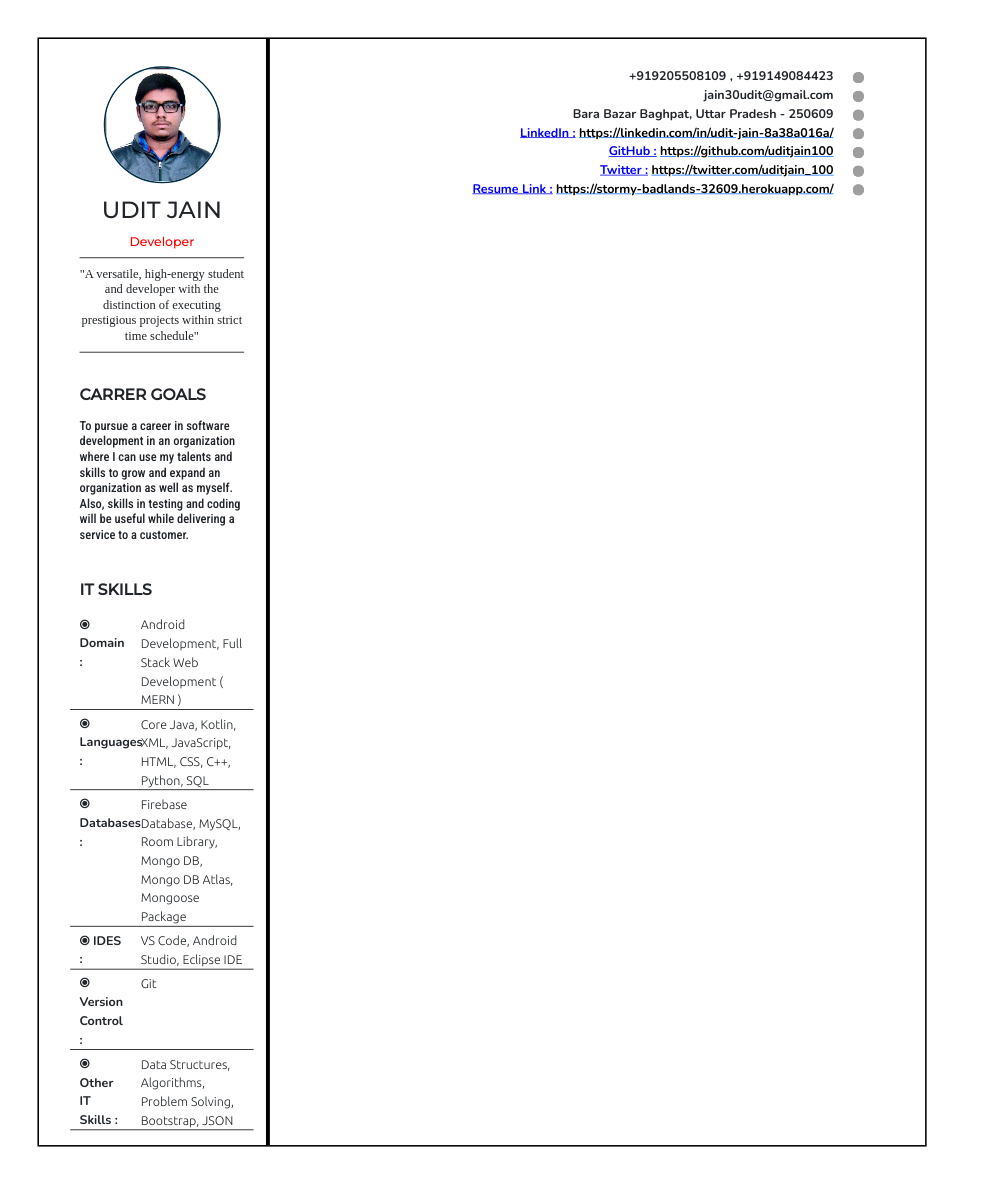
Repository: uditjain100/Resume
Page: app.html
The author's editor kept a copy of each file at every save. The page is drawn from the files as they stood at one save, then again after the next save.
The browser window is 1280 px wide. The pictures show the whole page, at 78% of full size.
Pictures or frames that could not be fetched are drawn as grey boxes. Some web fonts or font styles are not loaded; a fallback is used.

Above is the page before, as saved 2021-05-27 16:51:10.

After the next save:
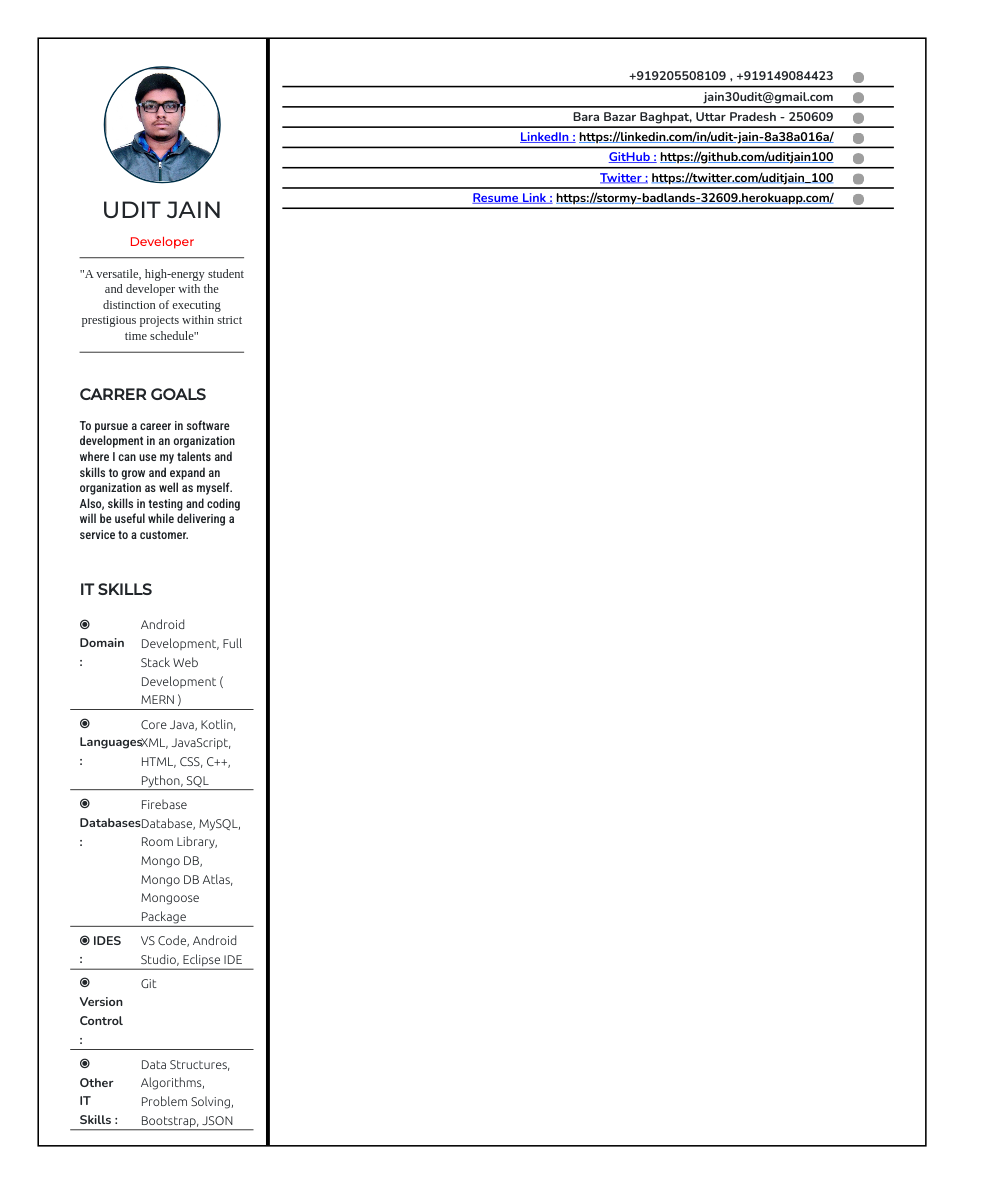
Saved 51 s later.
--- a/app.css
+++ b/app.css
@@ -102,6 +102,7 @@
 
 #contactitem {
 	font-family: "Nunito";
+	border-bottom: 2px black solid;
 }
 
 #contactitem .col-11 {

After the save that followed:
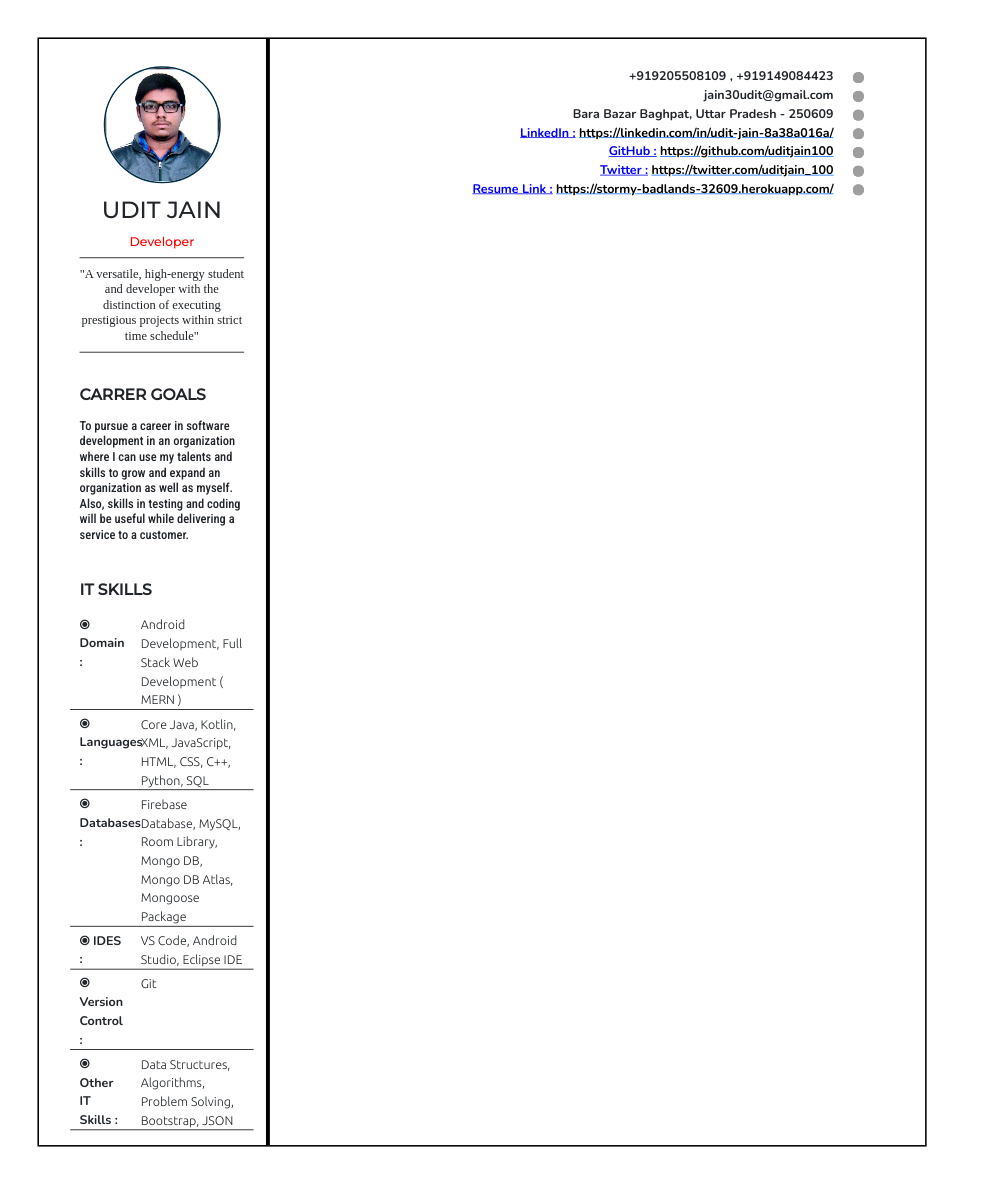
Saved 48 s later.
--- a/app.css
+++ b/app.css
@@ -100,9 +100,12 @@
 	margin-right: 5px;
 }
 
+#contactbx {
+	border-bottom: 2px black solid;
+}
+
 #contactitem {
 	font-family: "Nunito";
-	border-bottom: 2px black solid;
 }
 
 #contactitem .col-11 {
